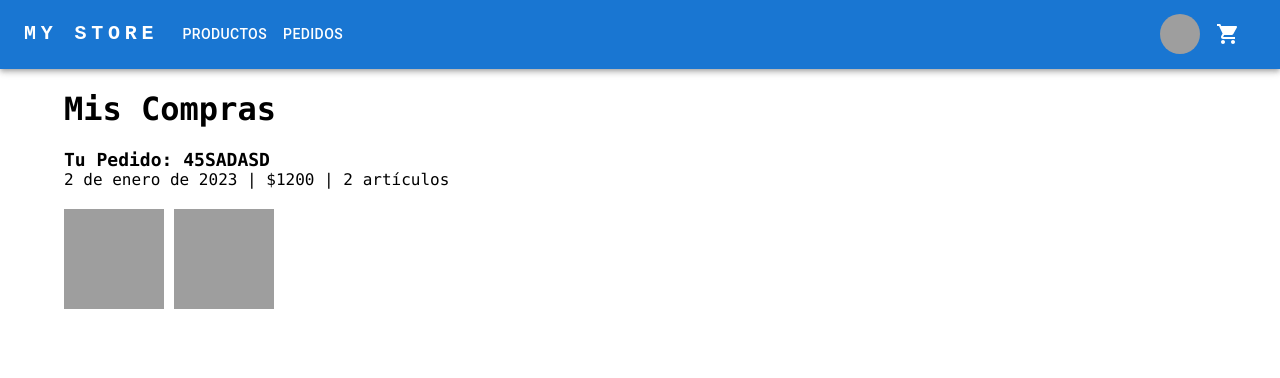
Repository: DanielBorussia/front-my-store
Page: /OrderList
The author's editor kept a copy of each file at every save. The page is drawn from the files as they stood at one save, then again after the next save.
The browser window is 1280 px wide. The pictures show the whole page.
Pictures or frames that could not be fetched are drawn as grey boxes. The project was rebuilt for these pictures with package versions that can differ from the ones it lists, and the page was loaded fresh each time. Also part of the build but not shown: src/components/OrderItem.js, src/containers/MyOrderPreview.js, src/components/ProductItem.js, src/hooks/useGetProducts.js, src/shared/Loading.js, src/containers/ProductList.js, src/pages/Home.js.

Above is the page before, as saved 2023-07-01 16:47:50.

After the next save:
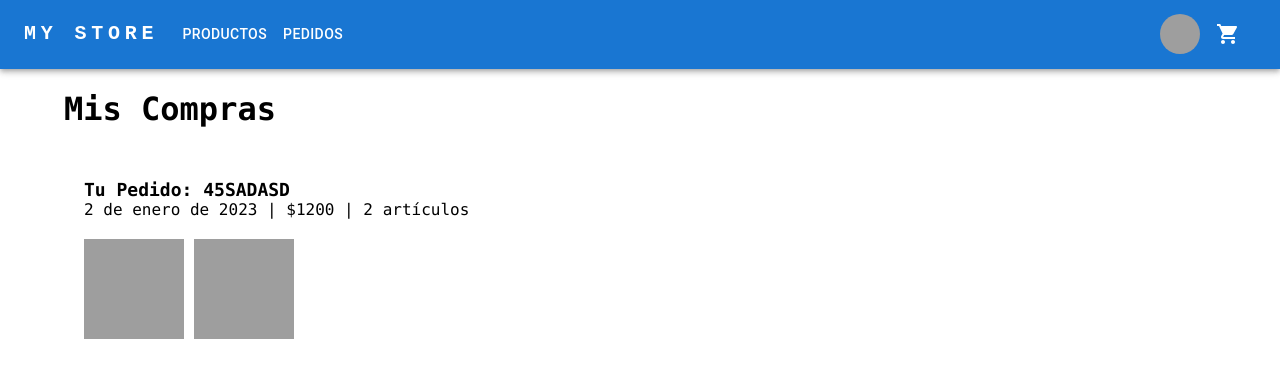
Saved 59 s later.
--- a/src/styles/ShoppingItem.scss
+++ b/src/styles/ShoppingItem.scss
@@ -1,5 +1,6 @@
 .shoppingItem{
     background-color: white;
+    padding: 30px 20px;
     .shoppingItem__info{
         span{
             font-weight: 700;
